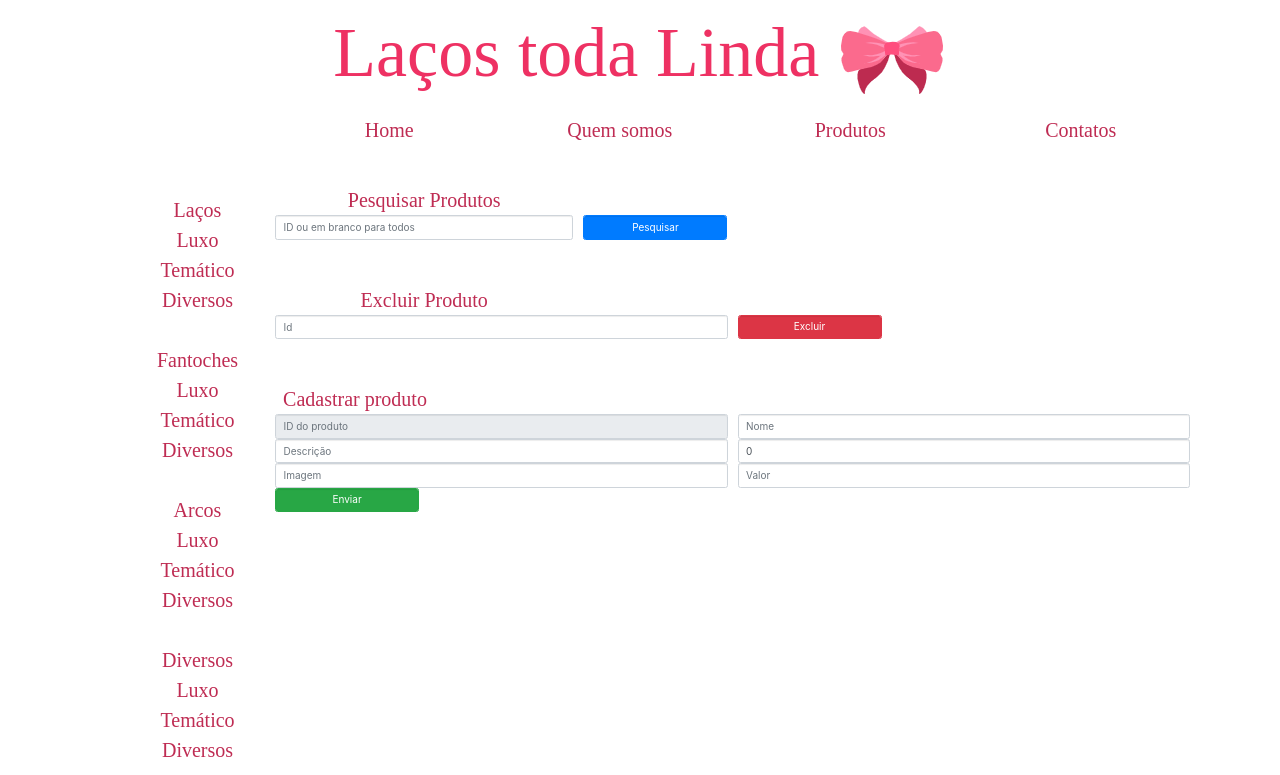
Repository: felipe-camilo/projin2
Page: http://localhost/projetointegrador/admin.jsp
The author's editor kept a copy of each file at every save. The page is drawn from the files as they stood at one save, then again after the next save.
The browser window is 1280 px wide. The pictures show the whole page.
Some web fonts or font styles are not loaded; a fallback is used. The page is served by Tomcat 9.

Above is the page before, as saved 2022-03-30 01:44:37.

After the next save:
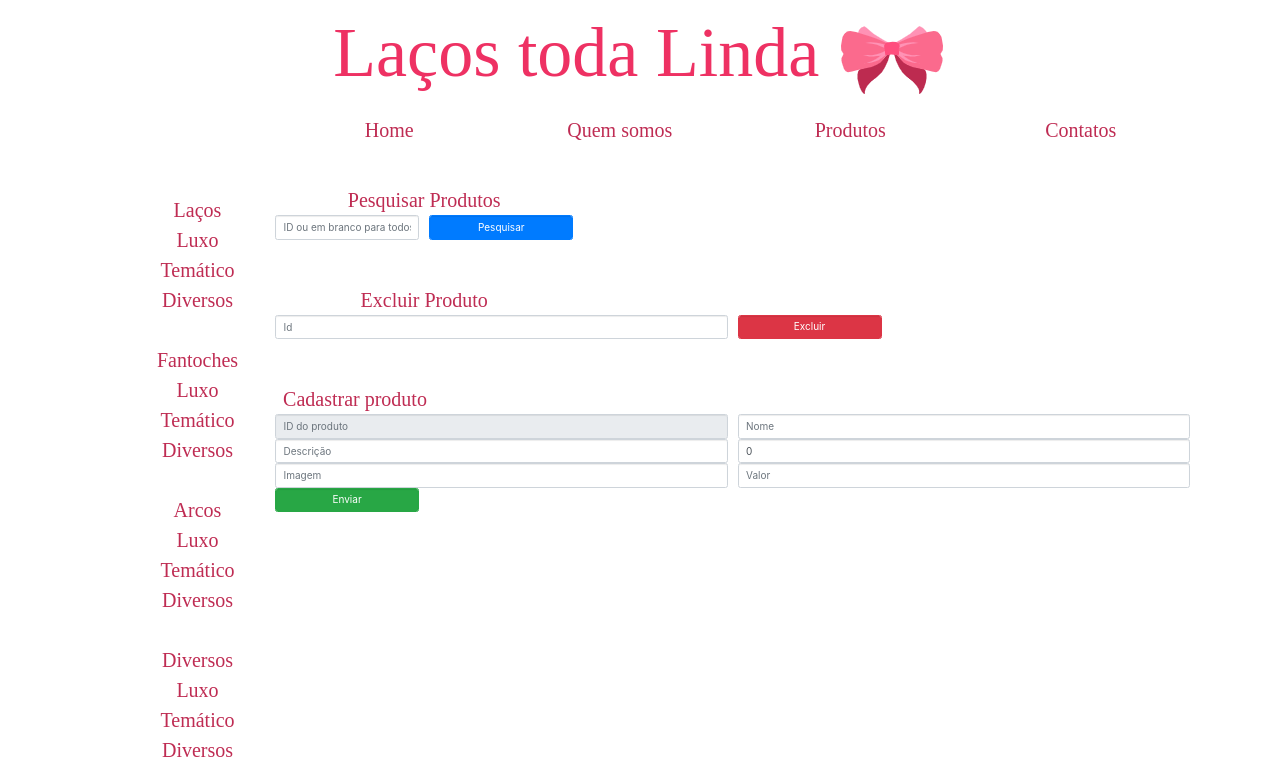
Saved 20 s later.
--- a/projetointegrador/src/main/webapp/admin.jsp
+++ b/projetointegrador/src/main/webapp/admin.jsp
@@ -156,7 +156,7 @@
 							<div class="col-2"></div>
 						</div>
 						<div class="form-row">
-							<div class="col-4">
+							<div class="col-2">
 								<input type="text" class="form-control entrada" placeholder="ID ou em branco para todos" name="pesquisa">
 							</div>
 							<div class="col-2">
